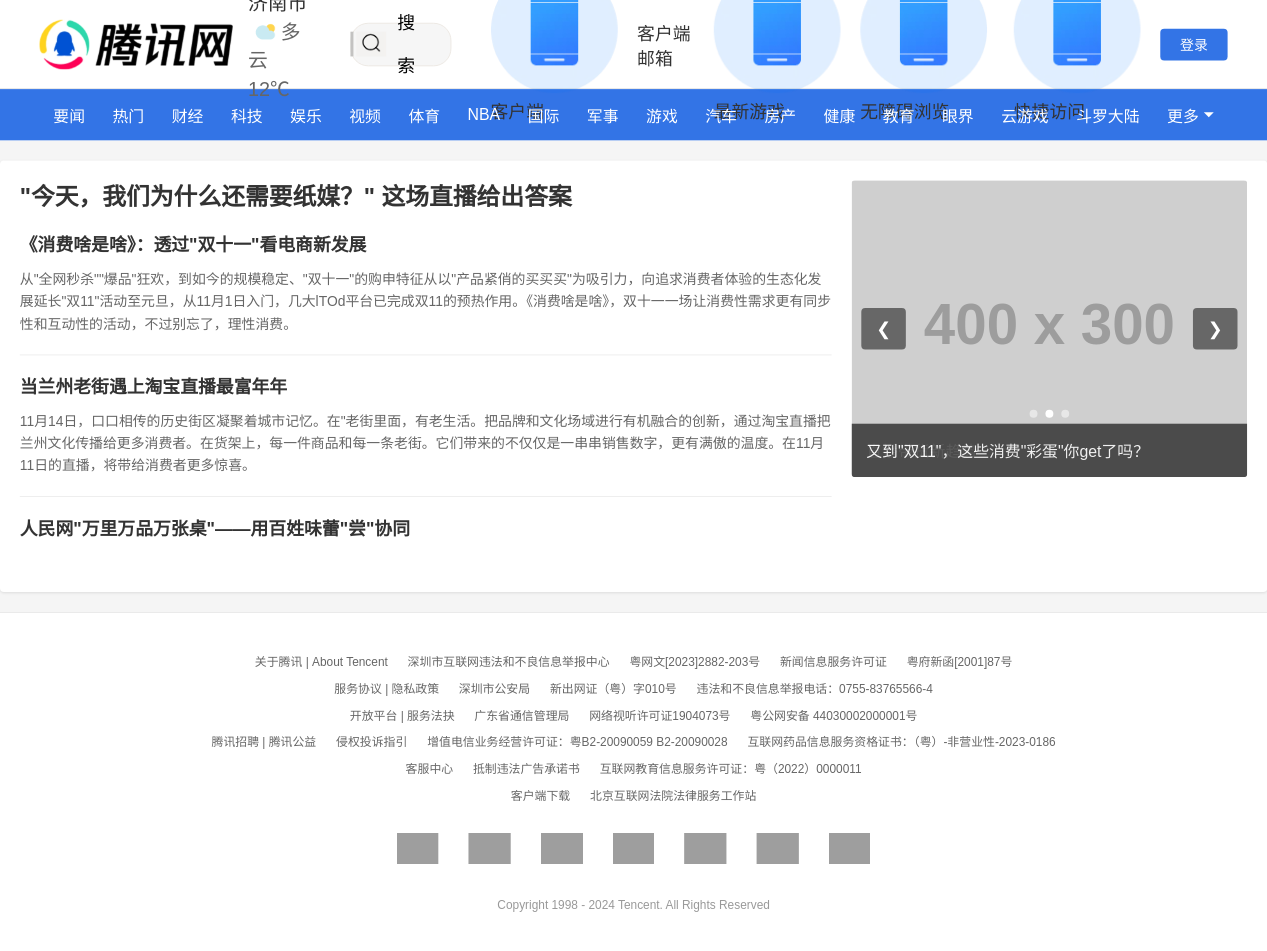
Repository: huang-heavenly-Emperor/xszy_TencentNews
Page: index.html
These files come from the project's save history. The page is drawn as it stood at one moment and after a run of saves; the edit follows.
The browser window is 1280 px wide. The pictures show the whole page, at 99% of full size.
Pictures or frames that could not be fetched are drawn as grey boxes. The style sheet was rebuilt from its Sass, Less or Tailwind sources for each picture, by a compiler version that may differ from the author's.

Above is the page before, as saved 2024-11-22 18:37:57.

### index.html
<!DOCTYPE html>
<html lang="zh">

<head>
  <meta charset="UTF-8">
  <meta name="viewport" content="width=device-width, initial-scale=1.0">
  <title>腾讯网导航栏</title>
  <link rel="stylesheet" href="assets/css/style.css">
</head>

<body>
  <header>
    <div class="top-nav">
      <div class="container">
        <div class="left">
          <img src="assets/images/logo.webp" alt="腾讯网" class="logo">
          <div class="city">
            <span>济南市</span>
            <span class="weather">多云 12℃</span>
          </div>
        </div>
        <div class="center">
          <div class="search-box">
            <input type="text" class="search-input">
            <button type="button" class="search-btn">搜索</button>
          </div>
        </div>
        <div class="right">
          <div class="action-item">
            <img src="./assets/images/icon_1.webp" alt="">
            <a href="#" class="nav-item">客户端</a>
          </div>

          <div class="action-item">
            <a href="#" class="nav-item">客户端</a>
            <a href="#" class="nav-item">邮箱</a>
          </div>
          <div class="action-item">
            <img src="./assets/images/icon_1.webp" alt="">
            <a href="#" class="nav-item">最新游戏</a>
          </div>
          <div class="action-item">
            <img src="./assets/images/icon_1.webp" alt="">
            <a href="#" class="nav-item">无障碍浏览</a>
          </div>
          <div class="action-item">
            <img src="./assets/images/icon_1.webp" alt="">
            <a href="#" class="nav-item">快捷访问</a>
          </div>




          <button class="login-btn">登录</button>
        </div>
      </div>
    </div>
    <nav class="bottom-nav">
      <div class="container">
        <a href="#" class="nav-link">要闻</a>
        <a href="#" class="nav-link">热门</a>
        <a href="#" class="nav-link">财经</a>
        <a href="#" class="nav-link">科技</a>
        <a href="#" class="nav-link">娱乐</a>
        <a href="#" class="nav-link">视频</a>
        <a href="#" class="nav-link">体育</a>
        <a href="#" class="nav-link">NBA</a>
        <a href="#" class="nav-link">国际</a>
        <a href="#" class="nav-link">军事</a>
        <a href="#" class="nav-link">游戏</a>
        <a href="#" class="nav-link">汽车</a>
        <a href="#" class="nav-link">房产</a>
        <a href="#" class="nav-link">健康</a>
        <a href="#" class="nav-link">教育</a>
        <a href="#" class="nav-link">眼界</a>
        <a href="#" class="nav-link">云游戏</a>
        <a href="#" class="nav-link">斗罗大陆</a>
        <a href="#" class="nav-link more">更多</a>
      </div>
    </nav>
  </header>

  <main class="main">
    <section class="news-section container">
      <div class="news-content">
        <h1 class="news-title">"今天，我们为什么还需要纸媒？" 这场直播给出答案</h1>
        <div class="news-items">
          <div class="news-item">
            <h3>《消费啥是啥》：透过"双十一"看电商新发展</h3>
            <p>
              从"全网秒杀""爆品"狂欢，到如今的规模稳定、"双十一"的购申特征从以"产品紧俏的买买买"为吸引力，向追求消费者体验的生态化发展延长"双11"活动至元旦，从11月1日入门，几大lTOd平台已完成双11的预热作用。《消费啥是啥》，双十一一场让消费性需求更有同步性和互动性的活动，不过别忘了，理性消费。
            </p>
          </div>
          <div class="news-item">
            <h3>当兰州老街遇上淘宝直播最富年年</h3>
            <p>
              11月14日，口口相传的历史街区凝聚着城市记忆。在"老街里面，有老生活。把品牌和文化场域进行有机融合的创新，通过淘宝直播把兰州文化传播给更多消费者。在货架上，每一件商品和每一条老街。它们带来的不仅仅是一串串销售数字，更有满傲的温度。在11月11日的直播，将带给消费者更多惊喜。
            </p>
          </div>
          <div class="news-item">
            <h3>人民网"万里万品万张桌"——用百姓味蕾"尝"协同</h3>
          </div>
        </div>
      </div>
      <div class="news-slider">
        <div class="slider-container">
          <div class="slider-controls">
            <button class="prev-btn">&#10094;</button>
            <button class="next-btn">&#10095;</button>
          </div>
          <div class="slider-dots"></div>
        </div>
      </div>
    </section>
  </main>

  <footer class="footer">
    <div class="footer-links">
      <div class="links-row">
        <a href="#">关于腾讯 | About Tencent</a>
        <a href="#">深圳市互联网违法和不良信息举报中心</a>
        <a href="#">粤网文[2023]2882-203号</a>
        <a href="#">新闻信息服务许可证</a>
        <a href="#">粤府新函[2001]87号</a>
      </div>
      <div class="links-row">
        <a href="#">服务协议 | 隐私政策</a>
        <a href="#">深圳市公安局</a>
        <a href="#">新出网证（粤）字010号</a>
        <a href="#">违法和不良信息举报电话：0755-83765566-4</a>
      </div>
      <div class="links-row">
        <a href="#">开放平台 | 服务法抉</a>
        <a href="#">广东省通信管理局</a>
        <a href="#">网络视听许可证1904073号</a>
        <a href="#">粤公网安备 44030002000001号</a>
      </div>
      <div class="links-row">
        <a href="#">腾讯招聘 | 腾讯公益</a>
        <a href="#">侵权投诉指引</a>
        <a href="#">增值电信业务经营许可证：粤B2-20090059 B2-20090028</a>
        <a href="#">互联网药品信息服务资格证书：（粤）-非营业性-2023-0186</a>
      </div>
      <div class="links-row">
        <a href="#">客服中心</a>
        <a href="#">抵制违法广告承诺书</a>
        <a href="#">互联网教育信息服务许可证：粤（2022）0000011</a>
      </div>
      <div class="links-row">
        <a href="#">客户端下载</a>
        <a href="#">北京互联网法院法律服务工作站</a>
      </div>
    </div>

    <div class="partner-links">
      <a href="#" class="partner-item">
        <img src="https://mat1.gtimg.com/www/images/qq2012/buliang.png" alt="中国互联网联合辟谣平台">
      </a>
      <a href="#" class="partner-item">
        <img src="https://mat1.gtimg.com/www/images/qq2012/jubao.png" alt="中国互联网违法和不良信息举报中心">
      </a>
      <a href="#" class="partner-item">
        <img src="https://mat1.gtimg.com/www/images/qq2012/cnnic.png" alt="中国文明网传播文明">
      </a>
      <a href="#" class="partner-item">
        <img src="https://mat1.gtimg.com/www/images/qq2012/kexin.png" alt="可信网站">
      </a>
      <a href="#" class="partner-item">
        <img src="https://mat1.gtimg.com/www/images/qq2012/anquan.png" alt="工商网监电子标识">
      </a>
      <a href="#" class="partner-item">
        <img src="https://mat1.gtimg.com/www/images/qq2012/wzjb.png" alt="深圳市消费者委员会">
      </a>
      <a href="#" class="partner-item">
        <img src="https://mat1.gtimg.com/www/images/qq2012/wza.png" alt="无障碍服务">
      </a>
    </div>

    <div class="copyright">
      Copyright 1998 - 2024 Tencent. All Rights Reserved
    </div>
  </footer>

  <script src="assets/js/main.js"></script>
</body>

</html>

### assets/js/main.js
document.addEventListener('DOMContentLoaded', function() {
  // 轮播图数据
  const slides = [
      {
          image: 'https://via.placeholder.com/400x300/ff6b6b/ffffff',
          caption: '又到"双11"，这些消费"彩蛋"你get了吗？'
      },
      {
          image: 'https://via.placeholder.com/400x300/339af0/ffffff',
          caption: '直播带货新趋势'
      },
      {
          image: 'https://via.placeholder.com/400x300/51cf66/ffffff',
          caption: '电商新发展'
      }
  ];

  let currentSlide = 0;
  const sliderContainer = document.querySelector('.slider-container');
  const dotsContainer = document.querySelector('.slider-dots');

  // 初始化轮播图
  function initSlider() {
      // 创建轮播项
      slides.forEach((slide, index) => {
          const slideElement = document.createElement('div');
          slideElement.className = `slider-item ${index === 0 ? 'active' : ''}`;
          slideElement.innerHTML = `
              <img src="${slide.image}" alt="slide ${index + 1}">
              <div class="slider-caption">${slide.caption}</div>
          `;
          sliderContainer.appendChild(slideElement);

          // 创建指示点
          const dot = document.createElement('span');
          dot.className = `dot ${index === 0 ? 'active' : ''}`;
          dot.addEventListener('click', () => goToSlide(index));
          dotsContainer.appendChild(dot);
      });
  }

  // 切换到指定幻灯片
  function goToSlide(index) {
      const slideItems = document.querySelectorAll('.slider-item');
      const dots = document.querySelectorAll('.dot');

      slideItems[currentSlide].classList.remove('active');
      dots[currentSlide].classList.remove('active');

      currentSlide = index;

      slideItems[currentSlide].classList.add('active');
      dots[currentSlide].classList.add('active');
  }

  // 下一张幻灯片
  function nextSlide() {
      goToSlide((currentSlide + 1) % slides.length);
  }

  // 上一张幻灯片
  function prevSlide() {
      goToSlide((currentSlide - 1 + slides.length) % slides.length);
  }

  // 添加按钮事件监听
  document.querySelector('.prev-btn').addEventListener('click', prevSlide);
  document.querySelector('.next-btn').addEventListener('click', nextSlide);

  // 自动播放
  setInterval(nextSlide, 5000);

  // 初始化轮播图
  initSlider();
});

### assets/css/style.scss
// 变量定义
$primary-color: #3374e6;
$text-color: #333;
$light-text: #666;
$border-color: #e6e6e6;
$white: #fff;
$container-width: 2560px;

// 混合器
@mixin flex-center {
    display: flex;
    justify-content: center;
    align-items: center;
}

@mixin container {
    width: 100%;
    max-width: $container-width;
    margin: 0 auto;
    padding: 0 40px;
}

// 基础样式
* {
    margin: 0;
    padding: 0;
    box-sizing: border-box;
}

body {
    font-family: Arial, sans-serif;
    width: 100%;
}

header,
main,
footer {
    min-width: 1200px;
}

// 导航样式
.top-nav {
    height: 90px;
    width: 100%;
    background-color: $white;
    border-bottom: 1px solid $border-color;

    .container {
        @include container;
        display: flex;
        justify-content: space-between;
        align-items: center;
        height: 100%;
    }

    .left {
        display: flex;
        align-items: center;
        gap: 15px;
        min-width: 200px;

        .logo {
            height: 50px;
        }
    }

    .city {
        color: $text-color;
        font-size: 20px;

        .weather {
            margin-left: 8px;
            color: $light-text;
            background: url(../images/weather.png) no-repeat left center;
            background-size: 20px;
            padding-left: 25px;
        }
    }

    .center {
        flex: 1.5;
        max-width: 600px;
        margin: 0 40px;
        height: 44px;


        .search-box {

            border: none;
            position: relative;

            .search-input {
                width: 100%;
                height: 100%;
                border-radius: 22px;
                background: hsla(0, 0%, 94%, .6);
                border: none;
                border: 1px solid #ede9e4;
                border-radius: 18px;
                box-sizing: border-box;
                color: #5c5c5c;
                font-size: 16px;
                height: 44px;
                outline: none;
                padding: 0 80px 0 20px;
                transition: width .3s linear;
                width: 100%;
            }

            .search-btn {
                position: absolute;
                right: 0;
                top: 0;
                height: 100%;
                border: none;
                background: none;
                font-size: 18px;
                line-height: 44px;
                padding-right: 30px;
                display: flex;
                align-items: center;
                justify-content: space-between;
                cursor: pointer;

                &::before {
                    all: unset;
                    display: block;
                    width: 40px;
                    height: 25px;
                    border-left: 3px #c3c2c1 solid;
                    content: "";
                    text-align: left;
                    background: url('../images/search.png') right center no-repeat;
                    background-size: 30px;
                    margin-right: 5px;

                }
            }
        }

    }

    .right {
        display: flex;
        align-items: center;
        gap: 20px;

        min-width: 400px;
        justify-content: flex-end;
        a{
            font-size: 18px;
        }
    }
}

// 搜索框样式

// 导航链接
.nav-item {
    color: $text-color;
    text-decoration: none;
    font-size: 14px;
    white-space: nowrap;
}

.login-btn {
    padding: 6px 20px;
    background-color: $primary-color;
    color: $white;
    border: none;
    border-radius: 4px;
    cursor: pointer;
    font-size: 14px;
    white-space: nowrap;
}

// 底部导航
.bottom-nav {
    height: 52px;
    width: 100%;
    background-color: $primary-color;

    .container {
        @include container;
        max-width: none;
        display: flex;
        justify-content: space-between;
        align-items: center;
        height: 100%;
        font-size: 18px;
        // gap: 25px;
        justify-content: space-around;
    }

    .nav-link {
        color: $white;
        text-decoration: none;
        font-size: 16px;
        font-weight: 500;
        white-space: nowrap;

        &:hover {
            opacity: 0.9;
        }

        &.more {
            position: relative;
            padding-right: 15px;

            &::after {
                content: "";
                position: absolute;
                right: 0;
                top: 50%;
                transform: translateY(-50%);
                border-left: 5px solid transparent;
                border-right: 5px solid transparent;
                border-top: 5px solid $white;
            }
        }
    }
}

// 主要内容区域
.main {
    padding: 20px 0;
    background-color: #f5f5f5;
    width: 100%;

    .news-section.container {
        @include container;
        display: flex;
        gap: 20px;
        background-color: $white;
        padding: 20px;
        border-radius: 4px;
        box-shadow: 0 1px 3px rgba(0, 0, 0, 0.1);
    }
}

// 新闻内容
.news-content {
    flex: 1;
    min-width: 0;

    .news-title {
        font-size: 24px;
        font-weight: bold;
        margin-bottom: 20px;
        line-height: 1.4;
        color: $text-color;
    }

    .news-items {
        display: flex;
        flex-direction: column;
        gap: 20px;
    }

    .news-item {
        padding-bottom: 20px;
        border-bottom: 1px solid #eee;

        &:last-child {
            border-bottom: none;
        }

        h3 {
            font-size: 18px;
            margin-bottom: 10px;
            color: $text-color;
            line-height: 1.4;
        }

        p {
            font-size: 14px;
            line-height: 1.6;
            color: $light-text;
        }
    }
}

// 轮播图
.news-slider {
    width: 400px;
    flex-shrink: 0;

    .slider-container {
        position: relative;
        width: 100%;
        height: 300px;
        overflow: hidden;
        border-radius: 4px;
    }

    .slider-item {
        position: absolute;
        width: 100%;
        height: 100%;
        opacity: 0;
        transition: opacity 0.5s ease-in-out;

        &.active {
            opacity: 1;
        }

        img {
            width: 100%;
            height: 100%;
            object-fit: cover;
        }
    }

    .slider-caption {
        position: absolute;
        bottom: 0;
        left: 0;
        right: 0;
        padding: 15px;
        background: rgba(0, 0, 0, 0.7);
        color: $white;
        font-size: 16px;
    }

    .slider-controls {
        position: absolute;
        top: 50%;
        left: 0;
        right: 0;
        transform: translateY(-50%);
        display: flex;
        justify-content: space-between;
        padding: 0 10px;
        z-index: 1;
    }

    .prev-btn,
    .next-btn {
        background: rgba(0, 0, 0, 0.5);
        color: $white;
        border: none;
        padding: 10px 15px;
        cursor: pointer;
        font-size: 18px;
        border-radius: 4px;
    }

    .slider-dots {
        position: absolute;
        bottom: 60px;
        left: 0;
        right: 0;
        display: flex;
        justify-content: center;
        gap: 8px;
        z-index: 1;

        .dot {
            width: 8px;
            height: 8px;
            border-radius: 50%;
            background: rgba(255, 255, 255, 0.5);
            cursor: pointer;

            &.active {
                background: $white;
            }
        }
    }
}

// 页脚
.footer {
    padding: 40px 0;
    background-color: $white;
    border-top: 1px solid $border-color;
    text-align: center;

    .footer-links {
        @include container;
    }

    .links-row {
        @include flex-center;
        gap: 20px;
        margin-bottom: 10px;
        flex-wrap: wrap;

        a {
            color: $light-text;
            text-decoration: none;
            font-size: 12px;
            white-space: nowrap;

            &:hover {
                color: $primary-color;
            }
        }
    }

    .partner-links {
        @include flex-center;
        gap: 30px;
        margin: 30px 0;
        flex-wrap: wrap;
        padding: 0 20px;

        .partner-item {
            display: inline-block;

            img {
                height: 32px;
                width: auto;
            }
        }
    }

    .copyright {
        color: #999;
        font-size: 12px;
        margin-top: 20px;
    }
}

// 响应式设计
@media screen and (max-width: 1200px) {
    .container {
        padding: 0 20px;
    }

    .right {
        min-width: 300px;
        gap: 15px;
    }

    .bottom-nav .container {
        gap: 15px;
    }

    .links-row {
        gap: 15px;
    }

    .partner-links {
        gap: 20px;
    }
}

@media screen and (max-width: 768px) {
    .container {
        padding: 0 10px;
    }

    .right {
        min-width: 200px;
        gap: 10px;
    }

    .bottom-nav .container {
        gap: 10px;
    }

    .nav-link {
        font-size: 14px;
    }

    .news-section.container {
        flex-direction: column;
    }

    .news-slider {
        width: 100%;
    }

    .news-title {
        font-size: 20px;
    }

    .links-row {
        gap: 10px;
        justify-content: flex-start;
    }

    .partner-links {
        gap: 15px;
    }
}

After the next 3 saves:
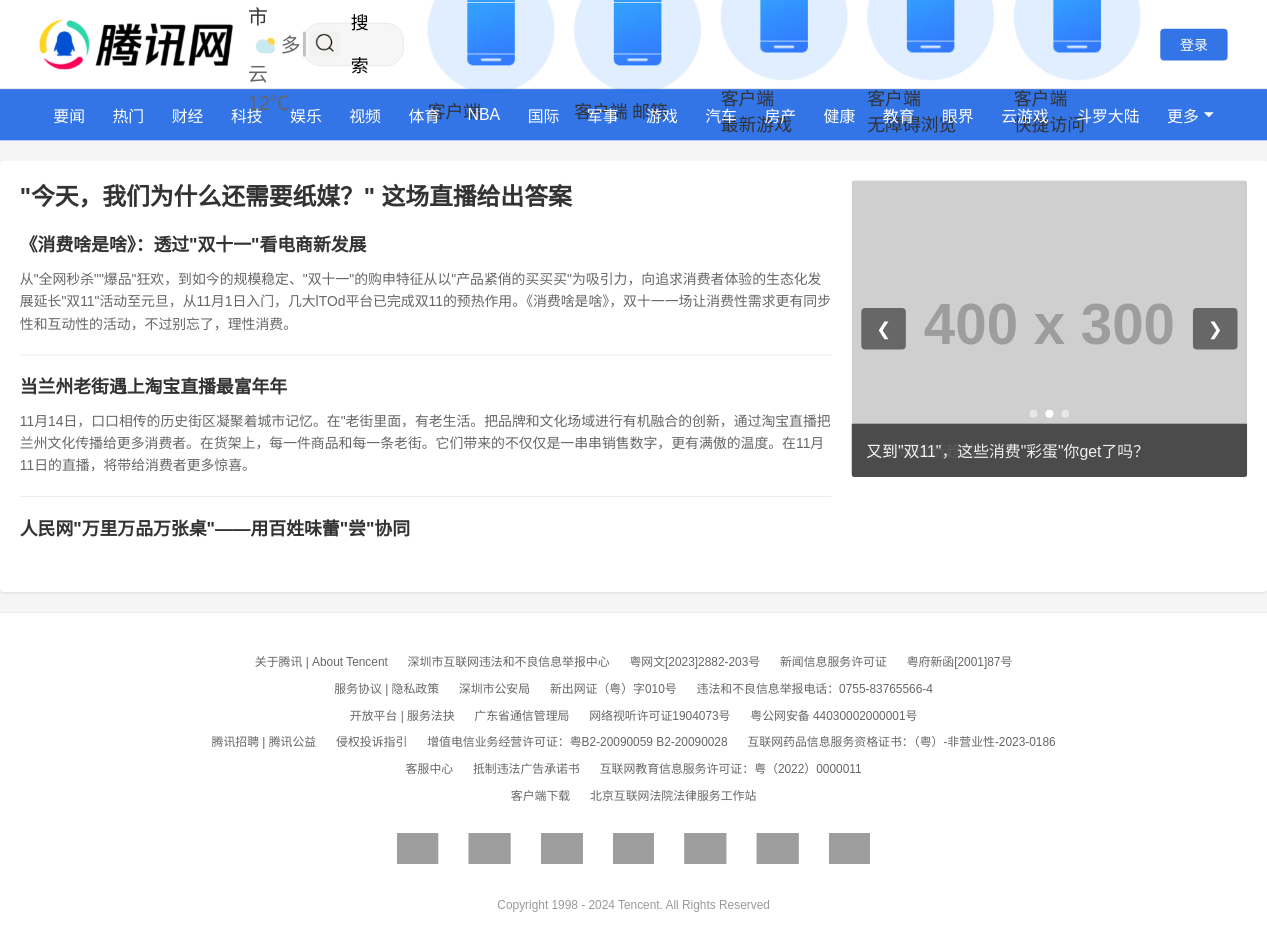
The 3 saves are shown as one change because they came seconds apart.
The last was saved 12 s later.
--- a/index.html
+++ b/index.html
@@ -32,19 +32,23 @@
           </div>
 
           <div class="action-item">
+            <img src="./assets/images/icon_1.webp" alt="">
             <a href="#" class="nav-item">客户端</a>
             <a href="#" class="nav-item">邮箱</a>
           </div>
           <div class="action-item">
             <img src="./assets/images/icon_1.webp" alt="">
+            <a href="#" class="nav-item">客户端</a>
             <a href="#" class="nav-item">最新游戏</a>
           </div>
           <div class="action-item">
             <img src="./assets/images/icon_1.webp" alt="">
+            <a href="#" class="nav-item">客户端</a>
             <a href="#" class="nav-item">无障碍浏览</a>
           </div>
           <div class="action-item">
             <img src="./assets/images/icon_1.webp" alt="">
+            <a href="#" class="nav-item">客户端</a>
             <a href="#" class="nav-item">快捷访问</a>
           </div>
 
